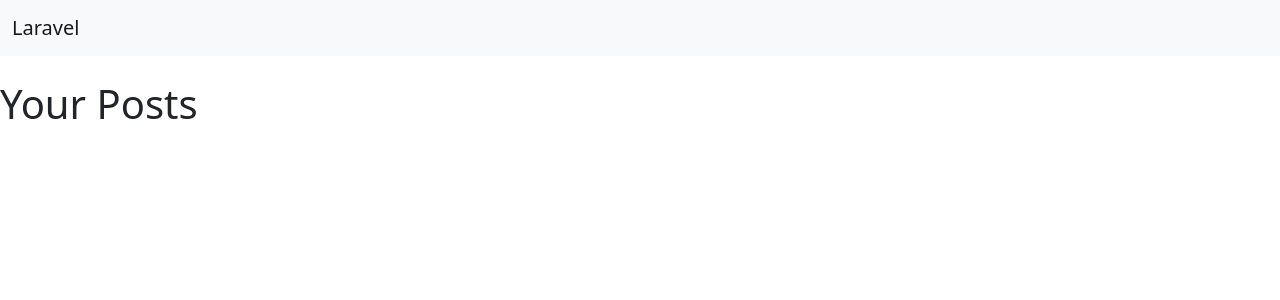
Repository: Abdulahi338/Authentication-using-laravel-11
Page: http://localhost/posts
These files come from the project's save history. The page is drawn as it stood at one moment and after the next save; the edit follows.
The browser window is 1280 px wide. The pictures show the whole page.
The page is served by the project's Laravel application, run on PHP 8.4 with Laravel 12. A made-up administrator, Test User (test@example.com), is signed in. Queries for data that is not in the repository find no rows.

Above is the page before, as saved 2024-10-16 10:45:48.

After the next save:
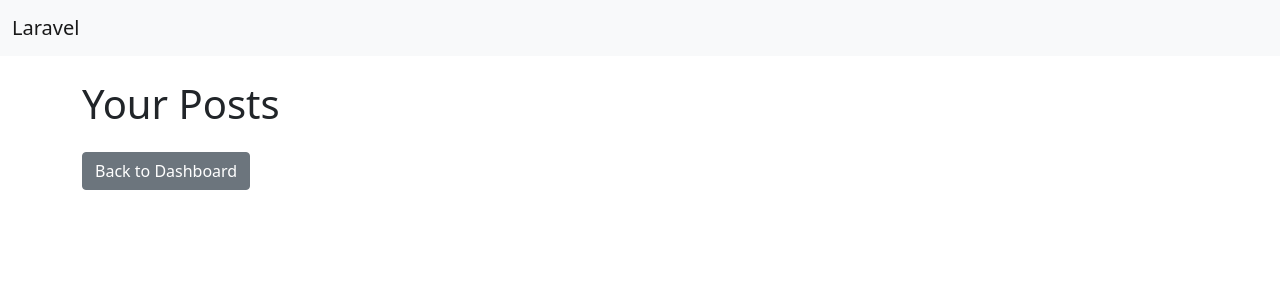
Saved 6 min 30 s later.
--- a/resources/views/posts/index.blade.php
+++ b/resources/views/posts/index.blade.php
@@ -1,20 +1,28 @@
 @extends('layouts.app')
 
 @section('content')
-    <h1>Your Posts</h1>
-    @foreach ($posts as $post)
-        <div>
-            <h2>{{ $post->title }}</h2>
-            <p>{{ $post->content }}</p>
-            <a href="{{ route('posts.edit', $post) }}">Edit</a>
+    <div class="container">
+        <h1 class="mb-4">Your Posts</h1>
+        @foreach ($posts as $post)
+            <div class="card mb-3">
+                <div class="card-body">
+                    <h2 class="card-title">{{ $post->title }}</h2>
+                    <p class="card-text">{{ $post->content }}</p>
+                    <div class="d-flex justify-content-between">
+                        <a href="{{ route('posts.edit', $post) }}" class="btn btn-warning">Edit</a>
 
-            <form action="{{ route('posts.destroy', $post) }}" method="POST" style="display:inline;">
-                @csrf
-                @method('DELETE')
-                <button type="submit">Delete</button>
-                <button type="submit" class="btn btn-primary"><a class="nav-link" href="{{ url('/posts.dashaboard') }}">back to dashboard</a></button>
+                        <form action="{{ route('posts.destroy', $post) }}" method="POST" style="display:inline;">
+                            @csrf
+                            @method('DELETE')
+                            <button type="submit" class="btn btn-danger">Delete</button>
+                        </form>
+                    </div>
+                </div>
+            </div>
+        @endforeach
 
-            </form>
+        <div class="mt-4">
+            <a class="btn btn-secondary" href="{{ url('/posts.dashboard') }}">Back to Dashboard</a>
         </div>
-    @endforeach
+    </div>
 @endsection
